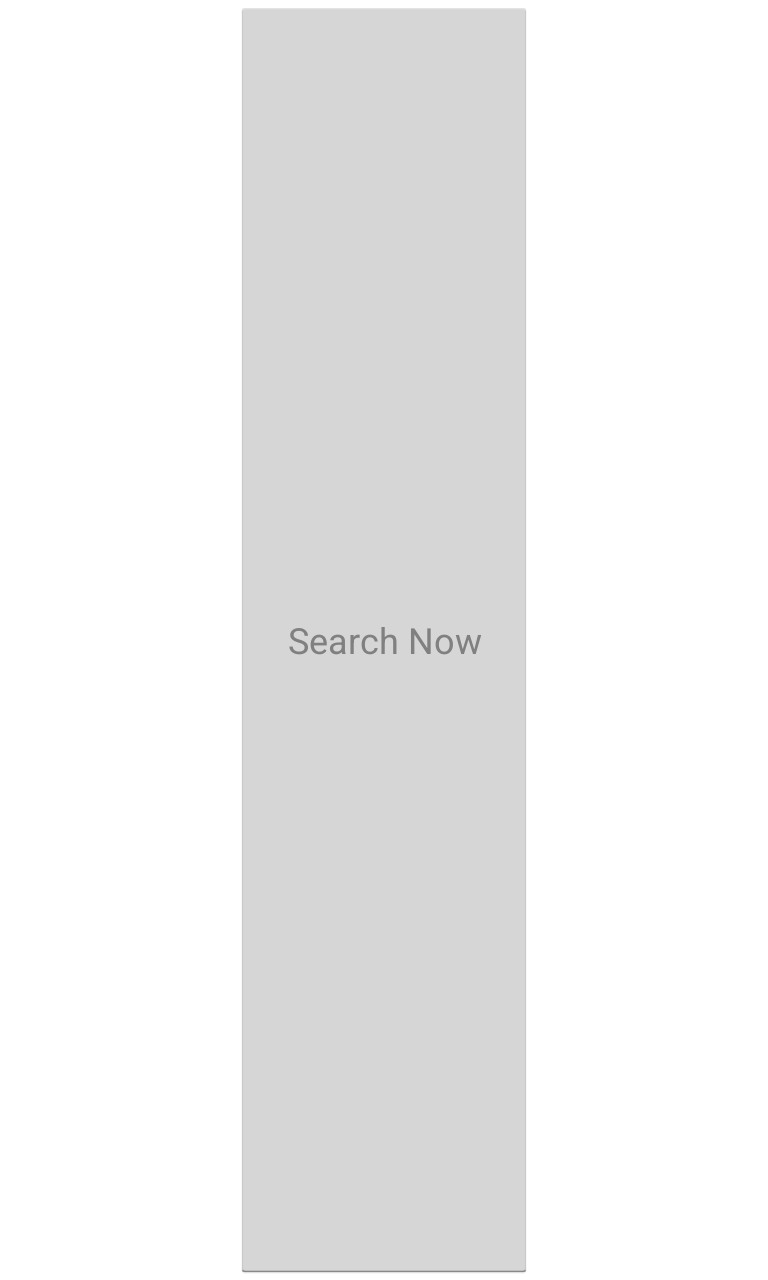
Repository: scottcaruso/Java_I_1307_Week4
Layout: myGov/res/layout/main_screen.xml
These files come from the project's save history. The layout is drawn as it stood at one moment and after the next save; the edit follows.
It is drawn on a 768 x 1280 px phone screen (xhdpi) without system bars, with theme AppTheme; the app's code is not run.

Above is the layout before, as saved 2013-08-01 19:17:15.

### myGov/res/layout/main_screen.xml
<?xml version="1.0" encoding="utf-8"?>
<LinearLayout xmlns:android="http://schemas.android.com/apk/res/android"
    android:layout_width="wrap_content"
    android:layout_height="wrap_content"
    android:layout_gravity="center_horizontal"
    android:gravity="center|center_horizontal"
    android:orientation="vertical" >

    <EditText
        android:id="@+id/zipcodeentry"
        android:layout_width="200dp"
        android:layout_height="0dp"
        android:layout_weight="1"
        android:gravity="center"
        android:hint="@string/enter_zip"
        android:inputType="number"
        android:maxLength="5" />

    <Button
        android:id="@+id/dosearchnow"
        android:layout_width="150dp"
        android:layout_height="match_parent"
        android:layout_gravity="center"
        android:hint="@string/search_now" />

</LinearLayout>

### myGov/res/values/strings.xml
<?xml version="1.0" encoding="utf-8"?>
<resources>

    <string name="app_name">myGov</string>
    <string name="action_settings">Settings</string>
    <string name="hello_world">Hello world!</string>
    <string name="enter_zip">Enter Zip</string>
    <string name="search_now">Search Now</string>

</resources>

Loaded but not shown: myGov/res/values/styles.xml (common file); myGov/res/values-v11/styles.xml (common file); myGov/res/values-v14/styles.xml (common file)

After the next save:
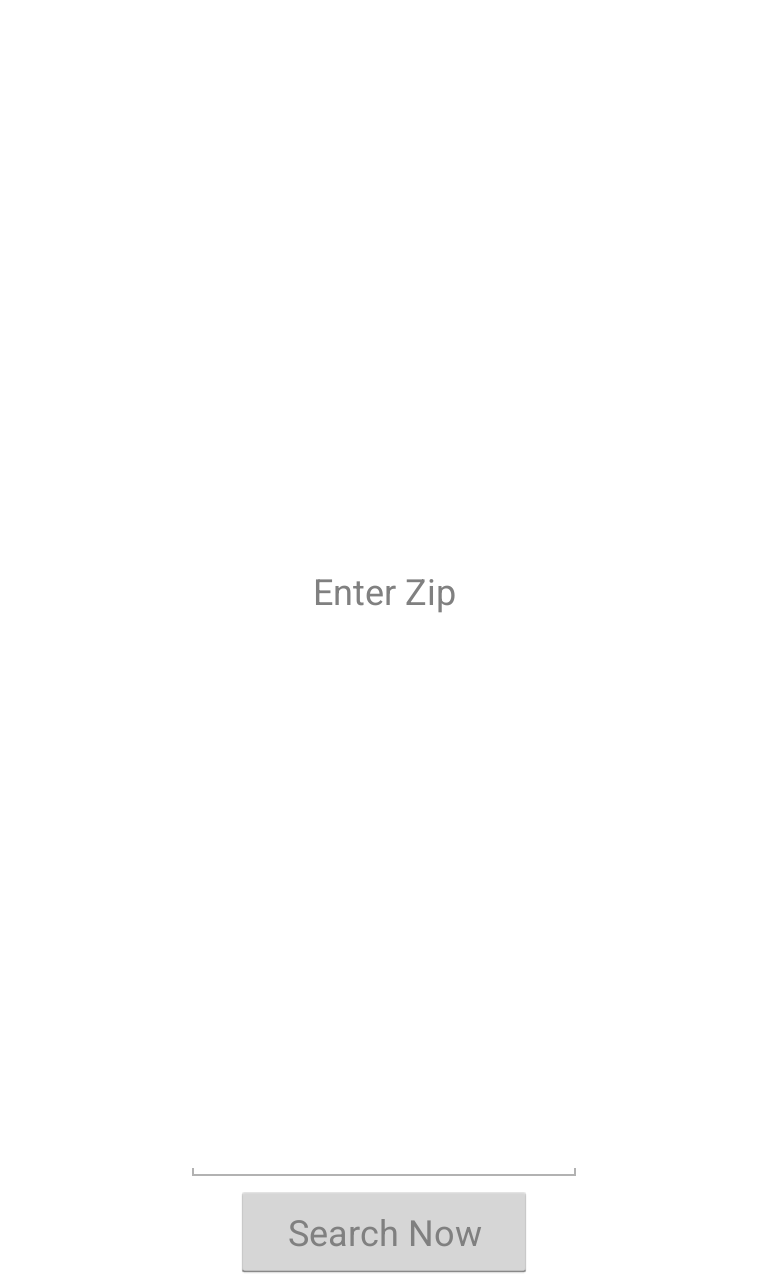
Saved 2 min 2 s later.
--- a/myGov/res/layout/main_screen.xml
+++ b/myGov/res/layout/main_screen.xml
@@ -3,7 +3,7 @@
     android:layout_width="wrap_content"
     android:layout_height="wrap_content"
     android:layout_gravity="center_horizontal"
-    android:gravity="center|center_horizontal"
+    android:gravity="center|center_horizontal|center_vertical"
     android:orientation="vertical" >
 
     <EditText
@@ -11,7 +11,7 @@
         android:layout_width="200dp"
         android:layout_height="0dp"
         android:layout_weight="1"
-        android:gravity="center"
+        android:gravity="center|center_vertical"
         android:hint="@string/enter_zip"
         android:inputType="number"
         android:maxLength="5" />
@@ -19,7 +19,7 @@
     <Button
         android:id="@+id/dosearchnow"
         android:layout_width="150dp"
-        android:layout_height="match_parent"
+        android:layout_height="wrap_content"
         android:layout_gravity="center"
         android:hint="@string/search_now" />
 
